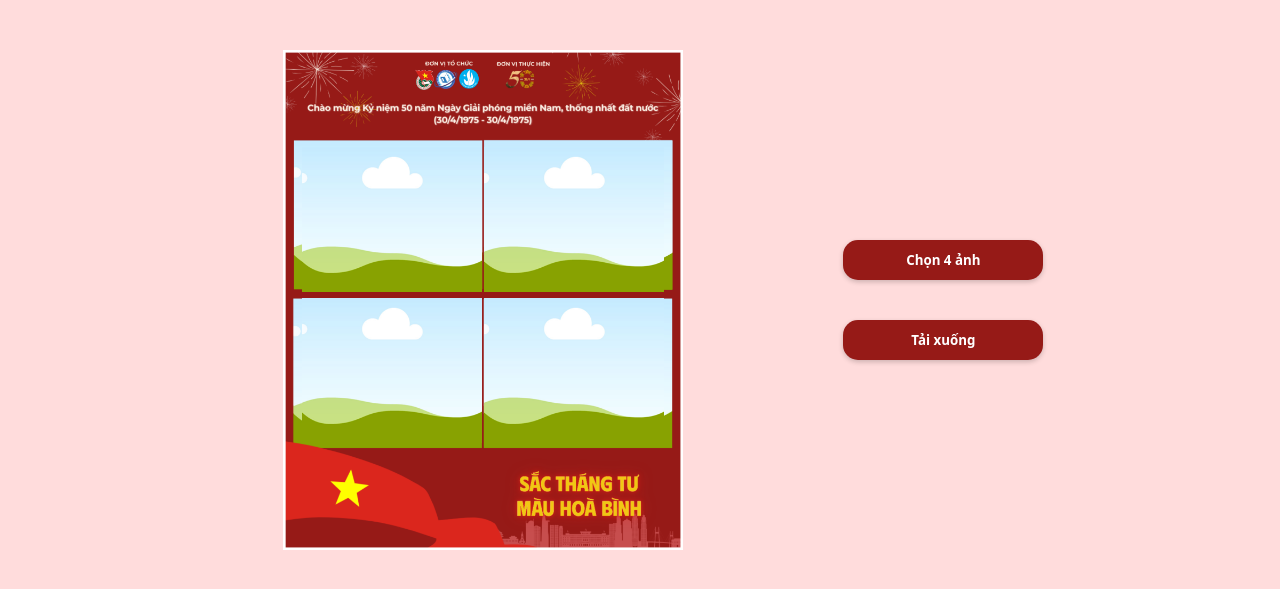
Repository: nguyentambinh/tuoitretdmu
Page: http://localhost/
The author's editor kept a copy of each file at every save. The page is drawn from the files as they stood at one save, then again after a run of saves.
The browser window is 1280 px wide. The pictures show the whole page.
The page is run by PHP 8.4 with error messages shown; the project is at /var/www/html/.

Above is the page before, as saved 2025-04-10 15:49:19.

### index.php
<!DOCTYPE html>
<html lang="en">
<head>
    <meta charset="UTF-8">
    <meta name="viewport" content="width=device-width, initial-scale=1.0">
    <link rel="stylesheet" href="main.css">

    <title>Chào mừng Kỷ niệm 50 năm Ngày Giải phóng miền Nam, thống nhất đất nước</title>
</head>
<body>

    <div class = "container-box">
        <div class="background-box">
            <img src="./picture/FRAMEPHOTOBOOTH304.png" class="background-image" alt="frame" />
            <div class="picture-box">
                <img src="/picture/1.png" alt="" class="img-sub">
                <img src="/picture/2.png" alt="" class="img-sub">
                <img src="/picture/3.png" alt="" class="img-sub">
                <img src="/picture/4.png" alt="" class="img-sub">
            </div>
        </div>
        <div class="control-box">
            <button id="btn-add-picture" class=" btn-custom">
                Chọn 4 ảnh
            </button>
            <button id="btn-download" class="btn-custom">Tải xuống</button>
        </div>
    </div>
    <script src="https://cdnjs.cloudflare.com/ajax/libs/html2canvas/1.4.1/html2canvas.min.js"></script>
    <script src="main.js"></script>
</body>
</html>

### main.css
body {
    background-color: #ffdcdc;
    margin: 0;
    padding: 0;
    display: flex;
    justify-content: center;
    margin-top: 50px;
}

.container-box {
    display: grid;
    grid-template-columns: 1fr 0.5fr;
    gap: 20px;
    width: 900px;
    max-width: 100%;
}

/* Thay vì dùng background-image, dùng thẻ <img> để đặt ảnh nền */
.background-box {
    position: relative;
    width: 100%;
    height: 500px;
    display: flex;
    justify-content: center;
    align-items: center;
}

/* Ảnh nền */
.background-box > .background-image {
    width: 100%;
    height: 100%;
    object-fit: contain;
    display: block;
}

/* 4 ảnh con đè lên nền */
.picture-box {
    position: absolute;
    top: 49%;
    left: 50%;
    transform: translate(-50%, -50%);
    display: grid;
    grid-template-columns: 1fr 1fr;
    grid-template-rows: 1fr 1fr;
    gap: 6px 2px;
}


.img-sub {
    width: 180px;
    height: 145px;
    object-fit: cover;
    background-size: contain;
}

.control-box {
    display: flex;
    flex-direction: column;
    align-items: center;
    justify-content: center;
}

.btn-custom {
    background-color: #961A17;
    border-radius: 15px;
    font-weight: bold;
    font-family: system-ui;
    width: 200px;
    height: 40px;
    color: white;
    margin: 20px 0;
    border: none;
    box-shadow: 0 2px 5px rgba(0,0,0,0.2);
    cursor: pointer;
}

@media screen and (max-width: 720px) {
    .container-box {
        grid-template-columns: 1fr;
        grid-template-rows: auto auto;
        width: 100%;
        padding: 0 10px;
        margin: 5px 0;
    }

    .control-box {
        align-items: center;
    }

    .btn-custom {
        width: 300px;
    }
}

### main.js

  document.getElementById("btn-add-picture").addEventListener("click", function () {
    const input = document.createElement("input");
    input.type = "file";
    input.accept = "image/*";
    input.multiple = true;
    input.style.display = "none";
    input.addEventListener("change", function (e) {
      const files = e.target.files;
      const imgElements = document.querySelectorAll(".background-box .img-sub");

      for (let i = 0; i < imgElements.length; i++) {
        if (files[i]) {
          const reader = new FileReader();
          reader.onload = function (event) {
            imgElements[i].src = event.target.result;
          };
          reader.readAsDataURL(files[i]);
        } else {
          imgElements[i].src = "";
        }
      }
    });

    document.body.appendChild(input);
    input.click();
    input.remove();
  });



  document.getElementById("btn-download").addEventListener("click", () => {
    const canvas = document.createElement("canvas");
    const ctx = canvas.getContext("2d");

    const canvasWidth = 3000;
    const canvasHeight = 3750;
    canvas.width = canvasWidth;
    canvas.height = canvasHeight;

    const backgroundSrc = './picture/FRAMEPHOTOBOOTH304.png';
    const imgElements = document.querySelectorAll(".img-sub");

    const background = new Image();
    background.src = backgroundSrc;
    background.onload = () => {
      ctx.drawImage(background, 0, 0, canvasWidth, canvasHeight);

      const positions = [
        { x: 80, y: 685 },
        { x: 1515, y: 685 },
        { x: 80, y: 1887.5 },
        { x: 1515, y: 1887.5 }
      ];
      let loaded = 0;
      imgElements.forEach((img, index) => {
        const image = new Image();
        image.crossOrigin = "anonymous";
        image.src = img.src;

        image.onload = () => {
          const pos = positions[index];
          ctx.drawImage(image, pos.x, pos.y, 1420, 1100);
          loaded++;
          if (loaded === imgElements.length) {
            const link = document.createElement("a");
            link.download = "ChaoMungKyNiem50nam.png";
            link.href = canvas.toDataURL("image/png");
            link.click();
          }
        };
      });
    };
  });

After the next 2 saves:
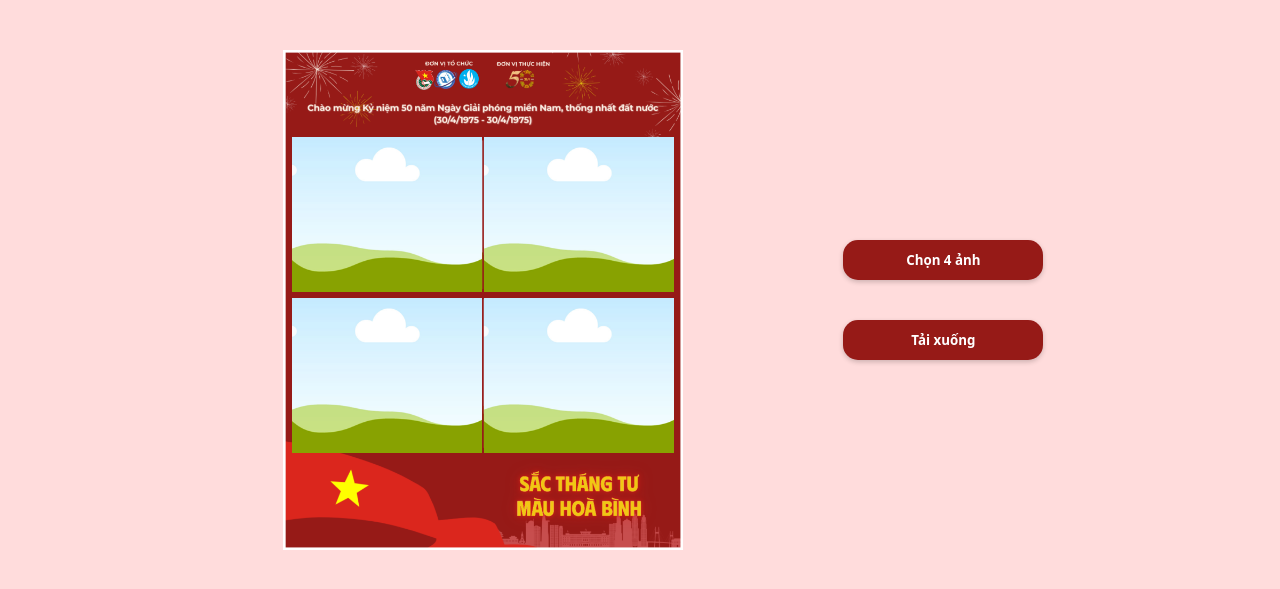
The 2 saves are shown as one change because they came seconds apart.
The last was saved 11 s later.
--- a/main.css
+++ b/main.css
@@ -47,8 +47,8 @@ body {
 
 
 .img-sub {
-    width: 180px;
-    height: 145px;
+    width: 190px;
+    height: 155px;
     object-fit: cover;
     background-size: contain;
 }
